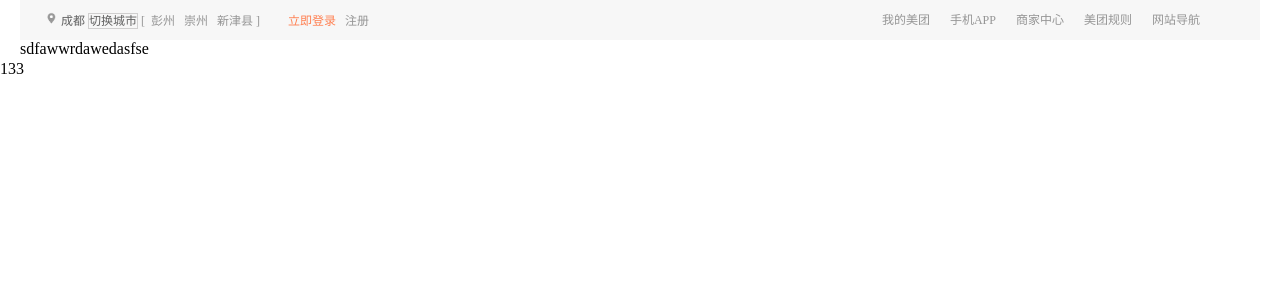
Repository: buddy-fallinlove/Meituan
Page: /
The author's editor kept a copy of each file at every save. The page is drawn from the files as they stood at one save, then again after the next save.
The browser window is 1280 px wide. The pictures show the whole page.
The project was rebuilt for these pictures with package versions that can differ from the ones it lists, and the page was loaded fresh each time. Also part of the build but not shown: vue.config.js.

Above is the page before, as saved 2020-08-20 17:40:53.

### src/main.js
import Vue from 'vue'
import App from './App.vue'
import router from './router'
import store from './store'
//引入axios
import axios from './http'
Vue.config.productionTip = false
    //引入封装的全局方法
import api from './http/api.js'
Vue.prototype.$axios = axios
    //引入api.js
Vue.prototype.$api = api
    // 引入ElementUI
import ElementUI from 'element-ui';
import 'element-ui/lib/theme-chalk/index.css';
Vue.use(ElementUI);
new Vue({
    router,
    store,
    render: h => h(App)
}).$mount('#app')

### src/App.vue
<template>
  <div id="app">
    <router-view/>
  </div>
</template>

<style lang="scss">
@import "./style/css.类名_20200524144523"
</style>

### src/router/index.js
import Vue from 'vue'
import VueRouter from 'vue-router'
import Home from '../views/Home.vue'
import layout from '../views/layout.vue'
Vue.use(VueRouter)

const routes = [{
    path: '/',
    name: 'layout',
    component: layout,
    children: [{
            path: '',
            name: 'Home',
            component: Home
        }

    ]
}]

const router = new VueRouter({
    mode: 'history',
    base: process.env.BASE_URL,
    routes
})

export default router

### src/http/index.js
import axios from 'axios'
import qs from 'qs'
// import { Loading, } from 'element-ui'
import store from '../store/index'
// let loading = null


// 判断当前环境是生产环境还是开发环境
// process.env.NODE_ENV的值决定当前环境
// production为生产环境 development为开发环境
const isProduction = process.env.NODE_ENV === 'production'

// 创建axios配置对象
const service = axios.create()

// 接口基础路径
service.defaults.baseURL = isProduction ? 'http://49.233.66.125:5050/v1' : '/api'

// 超时时间
service.defaults.timeout = 10000
    // 请求头类型
    // service.defaults.headers.post['Content-Type'] = 'application/x-www-form-urlencoded'

// 请求拦截器
service.interceptors.request.use(config => {
    if (!store.state.cancelLoad) {
        store.state.loading = true
    }
    // loading = Loading.service({
    //     text: '正在加载中......'
    // })
    let token = localStorage.getItem('adminToken')
        // 每次请求 都在请求头带上token
    if (token) {
        config.headers['Authorization'] = 'Bearer ' + token
    }
    return config
}, err => {
    console.log(err)
    return Promise.reject(err)
})

// 响应拦截器
service.interceptors.response.use(response => {
    setTimeout(() => {
            store.state.loading = false
        }, 500)
        // if (loading) {
        //     loading.close()
        // }
    return response.data
}, err => {
    // if (err.response.status === 401) {
    //     Message.error(err.response.data.msg)
    // }
})

service.req = function(...params) {
    if (params.length === 1) {
        return service.get(params[0])
    }
    if (params.length === 2) {
        return service.post(params[0], qs.stringify(params[1]))
    }
}

export default service

### src/http/api.js
import service from './index'


export default {
    // 获取定位
    getposition() {
        return service.req('/position')
    },
    // 获取所有省份
    getprovince() {
        return service.req('/province')
    },

    // 获取省份所有城市
    getcitys(id) {
        return service.req(`/citys?id=${id}`)
    }








































































}

### src/style/css.类名_20200524144523.css
/* 同一行排列 */

.d-f {
    display: flex;
}


/* 占比 */

.f1 {
    flex: 1;
}

.f2 {
    flex: 2;
}


/* 垂直居中  水平居中 */

.j-c-c {
    justify-content: center;
}

.a-i-c {
    align-items: center;
}


/* 两边有间距  两边无间距  中间自动等分*/

.j-c-s-a {
    justify-content: space-around;
}

.j-c-s-b {
    justify-content: space-between;
}


/* 换行 */

.f-w-w {
    flex-wrap: wrap;
}


/* 内容不换行 */

.w-s-n {
    white-space: nowrap;
}


/* 超出部分隐藏 */

.o-h {
    overflow: hidden;
}


/* 超出部分显示省略号 */

.t-e-n {
    text-emphasis: none
}


/* 同一行竖向排列 */

.f-d-c {
    display: flex;
    flex-direction: column;
}


/* 悬浮小手 */

.h-c-p {
    cursor: pointer;
}


/* 外边距margin 上下左右4个方向*/

.m1 {
    margin: 10px;
}

.m2 {
    margin: 20px;
}

.m3 {
    margin: 30px;
}


/* 上边距margin：top */

.m-t1 {
    margin-top: 10px;
}

.m-t2 {
    margin-top: 20px;
}

.m-t3 {
    margin-top: 30px;
}


/* 下边距margin：bottom */

.m-b1 {
    margin-bottom: 10px;
}

.m-b2 {
    margin-bottom: 20px;
}

.m-b3 {
    margin-bottom: 30px;
}


/* 左边距margin：left */

.m-l1 {
    margin-left: 10px;
}

.m-l2 {
    margin-left: 20px;
}

.m-l3 {
    margin-left: 30px;
}


/* 右边距margin：right */

.m-r1 {
    margin-right: 10px;
}

.m-r2 {
    margin-right: 20px;
}

.m-r3 {
    margin-right: 30px;
}


/* 内边距padding-top bottom left right上下左右4个方向 */

.p1 {
    padding: 10px;
}

.p2 {
    padding: 20px;
}

.p3 {
    padding: 30px;
}


/* 边框实线border-solid */

.b-s-r {
    border: 1px solid red;
}


/* 边框虚线border-dashed */

.b-d-r {
    border: 1px dashed red;
}


/* 背景颜色 */

.b-c-r {
    background-color: red;
}

.b-c-b {
    background-color: black;
}

.b-c-c {
    background-color: #ccc;
}

.b-c-c {
    background-color: #fff;
}


/* 字体大小 */

.f-s12 {
    font-size: 12px;
}

.f-s14 {
    font-size: 14px;
}

.f-s18 {
    font-size: 18px;
}

.f-s20 {
    font-size: 20px;
}

.f-s22 {
    font-size: 22px;
}

.f-s24 {
    font-size: 24px;
}


/* 字体加粗 */

.f-w {
    font-weight: 700;
}


/* 隐藏上下左右边框 */

.b-t-n {
    border-top: none;
}

.b-b-n {
    border-bottom: none;
}

.b-l-n {
    border-left: none;
}

.b-r-n {
    border-right: none;
}


/* 圆50% */

.b-r {
    border-radius: 50%;
}


/* 同一行排列  居中 */

.container {
    display: flex;
    justify-content: center;
}


/* 宽1280px */

.warp {
    width: 1280px;
}


/* 取消边距 */

* {
    margin: 0;
    padding: 0;
}


/* 悬浮 */

.hover:hover {
    cursor: pointer;
    color: #eee;
}

.nb:hover {
    cursor: pointer;
}

.c {
    color: white;
}

.van-index-bar__index {
    margin-top: 5px;
}

.van-tabs__line {
    z-index: 0;
}

### src/views/Home.vue
<template>
 <div>
133
 </div>
</template>

<script>
 export default {
   name: '',
   props: {
   },
   components: {

   },
   data () {
     return {

     }
   },
   methods: {

   },
   mounted() {

   },
   watch: {

   },
   computed: {

   }
 }
</script>

<style scoped lang='scss'>

</style>

### src/views/layout.vue
<template>
  <div>
<el-container>

  <!--头部 -->
  <el-header>
 <div>
  <top></top>
  </div>
  </el-header>
<router-view></router-view>
<!--下面-->
  <el-main>
  <div>

  </div>
  </el-main>
</el-container>
  </div>
</template>

<script>
import top from '../components/layout1/top'
export default {
  name: "",
  props: {},
  components: {
    top,
  },
  data() {
    return {};
  },
  methods: {},
  mounted() {},
  watch: {},
  computed: {},
};
</script>

<style scoped lang='scss'>
</style>

### src/components/layout1/top.vue
<template>
  <div>
    <div class="header-bar">
      <div class="header-bar-position">
        <span class="position-name">
          <img class="location" src="../../assets/location.png" />
          成都
          <a class="change-position" href="https://www.meituan.com/changecity/">切换城市</a>
        </span>
        <span class="neighborhood">
          [&nbsp;
          <a href="https://xianyang.meituan.com/">彭州</a>&nbsp;&nbsp;
          <a href="https://gaoling.meituan.com/">崇州</a>&nbsp;&nbsp;
          <a href="https://jingyangxian.meituan.com/">新津县</a>&nbsp;]
        </span>
      </div>

      <div class="user-entry">
        <a
          class="login"
          href="https://passport.meituan.com/account/unitivelogin?service=www&continue=https%3A%2F%2Fwww.meituan.com%2Faccount%2Fsettoken%3Fcontinue%3Dhttps%253A%252F%252Fjingyangxian.meituan.com%252F"
          target="_blank"
        >立即登录</a>&nbsp;&nbsp;
        <a
          href="https://passport.meituan.com/account/unitivesignup?service=www&continue=https%3A%2F%2Fwww.meituan.com%2Faccount%2Fsettoken%3Fcontinue%3Dhttps%253A%252F%252Fjingyangxian.meituan.com%252F"
          target="_blank"
        >注册</a>
      </div>

      <nav class="header-bar-nav">
        <ul class="header-nav-first">
          <li class="has-child">
            <a
              href="https://passport.meituan.com/account/unitivelogin?service=www&continue=https%3A%2F%2Fwww.meituan.com%2Faccount%2Fsettoken%3Fcontinue%3Dhttp%253A%252F%252Fwww.meituan.com%252Faccount%252Fuserinfo%252F"
              target="_blank"
            >
              我的美团
              <ul class="header-nav-my_header-nav-second">
                <li>
                  <a
                    href="https://passport.meituan.com/account/unitivelogin?service=www&continue=https%3A%2F%2Fwww.meituan.com%2Faccount%2Fsettoken%3Fcontinue%3Dhttp%253A%252F%252Fwww.meituan.com%252Forders%252F"
                    target="_blank"
                  >我的订单</a>
                </li>
                <li>
                  <a
                    href="https://passport.meituan.com/account/unitivelogin?service=www&continue=https%3A%2F%2Fwww.meituan.com%2Faccount%2Fsettoken%3Fcontinue%3Dhttp%253A%252F%252Fwww.meituan.com%252Fcollections%252F"
                    target="_blank"
                  >我的收藏</a>
                </li>
                <li>
                  <a
                    href="https://passport.meituan.com/account/unitivelogin?service=www&continue=https%3A%2F%2Fwww.meituan.com%2Faccount%2Fsettoken%3Fcontinue%3Dhttp%253A%252F%252Fwww.meituan.com%252Fvouchers%252F"
                    target="_blank"
                  >抵用券</a>
                </li>
                <li>
                  <a
                    href="https://passport.meituan.com/account/unitivelogin?service=www&continue=https%3A%2F%2Fwww.meituan.com%2Faccount%2Fsettoken%3Fcontinue%3Dhttp%253A%252F%252Fwww.meituan.com%252Faccount%252Fsettings"
                    target="_blank"
                  >账户设置</a>
                </li>
              </ul>
            </a>
          </li>

          <li class="has-child">
            <a href="https://i.meituan.com/mobile/down/meituan" target="_blank">手机APP</a>
          </li>

          <li class="has-child">
            <a>
              商家中心
              <ul class="header-nav-merchant_header-nav-second">
                <li>
                  <a
                    href="https://e.meituan.com/meishi/epassport/login?service=com.sankuai.meishi.fe.ecom&continue=https%3A%2F%2Fe.meituan.com%2Fmeishi%2Fepassport%2Ftoken%3Ftarget%3Dhttps%253A%252F%252Fe.meituan.com%252Fmeishi%252F"
                    target="_blank"
                  >登录商家中心</a>
                </li>
                <li>
                  <a
                    href="https://rms.meituan.com/?utm_source=inner&utm_medium=mtpcsjzx"
                    target="_blank"
                  >美团智能收银</a>
                </li>
                <li>
                  <a
                    href="https://bizvisualmeishi.meituan.com/bizsettle/settle/merchantsSettle?utm_source=mt_C_my"
                    target="_blank"
                  >我想合作</a>
                </li>
                <li>
                  <a href="https://e.meituan.com/mobile/" target="_blank">手机免费开店</a>
                </li>
                <li>
                  <a href="https://daili.meituan.com/?comeFrom=mtwebMenu" target="_blank">餐饮代理商招募</a>
                </li>
                <li>
                  <a href="https://pc.meituan.com/?activity_code=mtpcdh" target="_blank">商家申请开票</a>
                </li>
                <li>
                  <a
                    href="https://paidui.meituan.com/?activity_code=168_00038141"
                    target="_blank"
                  >免费合作美团排队</a>
                </li>
              </ul>
            </a>
          </li>

          <li class="has-child">
            <a>
              美团规则
              <ul class="header-nav-rules_header-nav-second">
                <li>
                  <a href="https://rules-center.meituan.com" target="_blank">规则中心</a>
                </li>
                <li>
                  <a href="https://rules-center.meituan.com/rules" target="_blank">规则目录</a>
                </li>
                <li>
                  <a href="https://rules-center.meituan.com/advices" target="_blank">规则评议院</a>
                </li>
              </ul>
            </a>
          </li>

          <li class="has-child">
            <a>网站导航</a>
            <div class="header-nav-site_header-nav-second">
              <dl class="header-nav-jiulv_header-nav-third">
                <dt>酒店旅游</dt>
                <div class="wwwqqq">
                  <dd>
                    <a href target="_blank">国际机票</a>
                  </dd>
                  <dd>
                    <a href target="_blank">火车票</a>
                  </dd>
                  <dd>
                    <a href target="_blank">榛果民俗</a>
                  </dd>
                  <dd>
                    <a href target="_blank">经济型酒店</a>
                  </dd>
                  <dd>
                    <a href target="_blank">主题酒店</a>
                  </dd>
                  <dd>
                    <a href target="_blank">商务酒店</a>
                  </dd>
                  <dd>
                    <a href target="_blank">公寓</a>
                  </dd>
                  <dd>
                    <a href target="_blank">豪华酒店</a>
                  </dd>
                  <dd>
                    <a href target="_blank">客栈</a>
                  </dd>
                  <dd>
                    <a href target="_blank">青年旅舍</a>
                  </dd>
                  <dd>
                    <a href target="_blank">度假酒店</a>
                  </dd>
                  <dd>
                    <a href target="_blank">别墅</a>
                  </dd>
                  <dd>
                    <a href target="_blank">农家院</a>
                  </dd>
                </div>
              </dl>
              <dl class="header-nav-food-nav-third">
                <dt>吃美食</dt>
                <div class="wwwqqq">
                  <dd>
                    <a href target="_blank">烤鱼</a>
                  </dd>
                  <dd>
                    <a href target="_blank">特色小吃</a>
                  </dd>
                  <dd>
                    <a href target="_blank">烧烤</a>
                  </dd>
                  <dd>
                    <a href target="_blank">自助餐</a>
                  </dd>
                  <dd>
                    <a href target="_blank">火锅</a>
                  </dd>
                  <dd>
                    <a href target="_blank">代金券</a>
                  </dd>
                </div>
              </dl>
              <dl class="header-nav-movie-nav-third">
                <dt>看电影</dt>
                <div class="wwwqqq">
                  <dd>
                    <a href target="_blank">热映电影</a>
                  </dd>
                  <dd>
                    <a href target="_blank">热门影院</a>
                  </dd>
                  <dd>
                    <a href target="_blank">热映电影口碑榜</a>
                  </dd>
                  <dd>
                    <a href target="_blank">最受期待电影</a>
                  </dd>
                  <dd>
                    <a href target="_blank">国内票房榜</a>
                  </dd>
                  <dd>
                    <a href target="_blank">北美票房榜</a>
                  </dd>
                  <dd>
                    <a href target="_blank">电影排行榜</a>
                  </dd>
                </div>
              </dl>
              <dl class="header-nav-mobile_app-nav-third">
                <dt>手机应用</dt>
                <div class="wwwqqq">
                  <dd>
                    <a href="https://i.meituan.com/mobile/down/meituan" target="_blank">
                      <img class="app-icon" src="../../assets/1(1).png" />
                    </a>
                  </dd>
                  <dd>
                    <a href="https://waimai.meituan.com/mobile/download/default" target="_blank">
                      <img class="app-icon" src="../../assets/2(1).png" />
                    </a>
                  </dd>
                  <dd>
                    <a href="https://phoenix.meituan.com/app/" target="_blank">
                      <img class="app-icon" src="../../assets/3(1).png" />
                    </a>
                  </dd>
                  <dd>
                    <a href="https://www.dianping.com/app/download" target="_blank">
                      <img class="app-icon" src="../../assets/4.png" />
                    </a>
                  </dd>
                  <dd>
                    <a href="https://maoyan.com/app" target="_blank">
                      <img class="app-icon" src="../../assets/5.png" />
                    </a>
                  </dd>
                </div>
              </dl>
            </div>
          </li>
        </ul>
      </nav>
    </div>
    <div>
    <top></top>
    </div>
  </div>
</template>

<script>
import top from '../layout2/top.vue'
export default {
  name: "",
  props: {},
  components: {
    top
  },
  data() {
    return {};
  },
  methods: {},
  mounted() {},
  watch: {},
  computed: {},
};
</script>

<style scoped lang='scss'>
.wwwqqq {
  display: flex;
  flex-wrap: wrap;
  justify-content: center;
  align-items: center;
}
* {
  margin: 0;
  padding: 0;
}

body {
  width: 100%;
  min-width: 1280px;
}

.header-bar {
  background-color: #f7f7f7;
  height: 40px;
  line-height: 40px;
}

.user-entry,
.header-bar-position {
  display: inline;
  font-size: 12px;
}

a {
  text-decoration: none;
  color: rgba(22, 21, 21, 0.432);
  /* font-weight:600; */
}

.header-bar-position {
  margin: 0 25px;
}

.user-entry .login {
  color: coral;
}

.header-bar-nav {
  display: inline;
}

.change-position {
  border: 1px solid rgba(179, 176, 176, 0.555);
  color: rgba(0, 0, 0, 0.61);
}

.position-name {
  color: rgba(0, 0, 0, 0.61);
}

.location {
  width: 13px;
  height: auto;
}

.neighborhood {
  color: rgba(22, 21, 21, 0.432);
}

.header-nav-first {
  display: block;
  float: right;
  text-align: center;
  margin-right: 50px;
  font-size: 12px;
}

.has-child {
  position: relative;
  list-style-type: none;
  display: inline-block;
  padding: 0 10px;
}

.header-nav-my_header-nav-second {
  position: absolute;
  display: none;
  list-style-type: none;
  right: 0;
  padding: 0 10px;
  z-index: 99;
}

.header-nav-merchant_header-nav-second {
  position: absolute;
  display: none;
  list-style-type: none;
  right: 0;
  padding: 0 10px;
  width: 100px;
  z-index: 99;
}

.header-nav-rules_header-nav-second {
  position: absolute;
  display: none;
  list-style-type: none;
  right: 0;
  padding: 0 10px;
  z-index: 99;
}

.header-nav-site_header-nav-second {
  position: absolute;
  display: none;
  list-style-type: none;
  right: 0;
  padding: 0 40px;
  width: 1100px;
  height: 300px;
  z-index: 99;
  margin-bottom: 5px;
}

.has-child:nth-child(1):hover .header-nav-my_header-nav-second {
  display: block;
}

.has-child:nth-child(3):hover .header-nav-merchant_header-nav-second {
  display: block;
}

.has-child:nth-child(4):hover .header-nav-rules_header-nav-second {
  display: block;
}

.has-child:nth-child(5):hover .header-nav-site_header-nav-second {
  display: block;
}

.has-child:not(:nth-child(2)):hover,
.has-child:not(:nth-child(2)):hover ul,
.has-child:not(:nth-child(2)):hover div {
  background-color: rgb(253, 253, 253);
  box-shadow: 0 0 1px rgba(109, 108, 108, 0.432);
}

a:hover {
  color: coral;
  cursor: pointer;
}

.header-nav-jiulv_header-nav-third,
.header-nav-food-nav-third,
.header-nav-movie-nav-third,
.header-nav-mobile_app-nav-third {
  float: left;
  text-align: center;
  margin: 20px;
}

.header-nav-jiulv_header-nav-third {
  width: 250px;
}

.header-nav-jiulv_header-nav-third dd {
  width: 83px;
}

.header-nav-food-nav-third {
  width: 140px;
}

.header-nav-food-nav-third dd {
  width: 70px;
}

.header-nav-movie-nav-third {
  width: 110px;
}

.header-nav-movie-nav-third dd {
  width: 104px;
}

.header-nav-mobile_app-nav-third dt,
.header-nav-jiulv_header-nav-third dt,
.header-nav-food-nav-third dt,
.header-nav-movie-nav-third dt {
  font-size: 14px;
  margin-bottom: 5px;
}

.header-nav-mobile_app-nav-third {
  width: 400px;
}

.app-icon {
  width: 60px;
}
</style>

### src/components/layout2/top.vue
<template>
 <div>
sdfawwrdawedasfse
 </div>
</template>

<script>
 export default {
   name: '',
   props: {
   },
   components: {

   },
   data () {
     return {

     }
   },
   methods: {

   },
   mounted() {

   },
   watch: {

   },
   computed: {

   }
 }
</script>

<style scoped lang='scss'>
* {
  margin: 0;
  padding: 0;
}

body {
  width: 100%;
  min-width: 1280px;
}
.header-bar {
  background-color: #ffffff;
  height: 157px;
  line-height: 157px;
    box-shadow: 0 0 2px rgb(121, 121, 121);
}
</style>

Loaded but not shown: public/index.html (common file); src/store/index.js (common file)

After the next save:
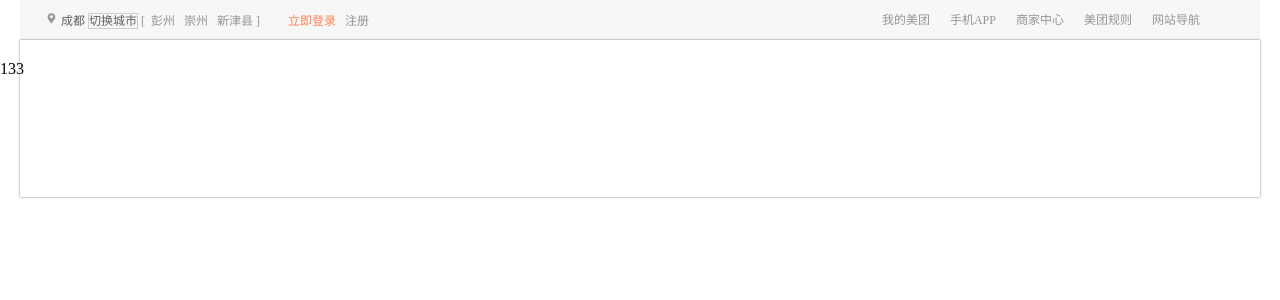
Saved 47 s later.
--- a/src/components/layout2/top.vue
+++ b/src/components/layout2/top.vue
@@ -1,6 +1,8 @@
 <template>
  <div>
-sdfawwrdawedasfse
+  <div class="header-bar">
+
+  </div>
  </div>
 </template>
 
